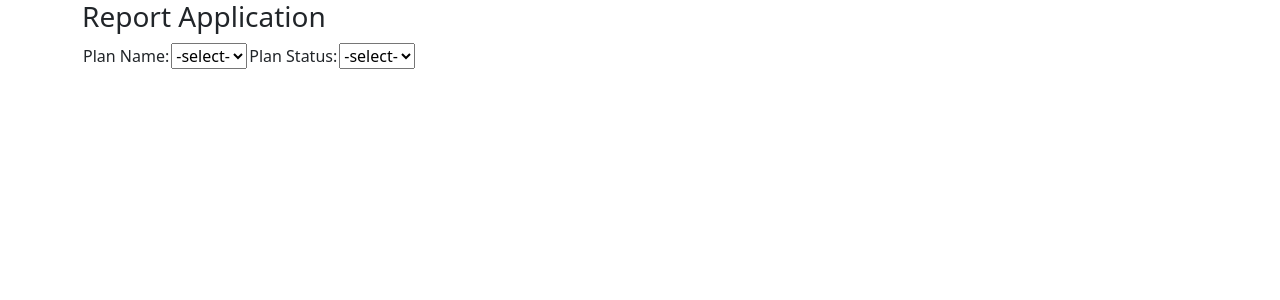
Repository: dubeygaurav52/SpringBoot_Microservices_Concepts
Page: http://localhost/01_Report_App/pages/index.jsp
These files come from the project's save history. The page is drawn as it stood at one moment and after the next save; the edit follows.
The browser window is 1280 px wide. The pictures show the whole page.
The page is served by Tomcat 9. Other server files are loaded and not shown.

Above is the page before, as saved 2025-05-01 14:20:20.

### 01_Report_App/src/main/webapp/pages/index.jsp
<%@ page language="java" contentType="text/html; charset=UTF-8"
    pageEncoding="UTF-8"%>
<!DOCTYPE html>

<%@ taglib uri="http://www.springframework.org/tags" prefix="form" %>

<html>
<head>
 <meta charset="utf-8">
    <meta name="viewport" content="width=device-width, initial-scale=1">
    <title>Reports App</title>
    <link href="https://cdn.jsdelivr.net/npm/bootstrap@5.3.5/dist/css/bootstrap.min.css" rel="stylesheet" integrity="sha384-SgOJa3DmI69IUzQ2PVdRZhwQ+dy64/BUtbMJw1MZ8t5HZApcHrRKUc4W0kG879m7" crossorigin="anonymous">
</head>
<body>
<div class="container">
<h3>Report Application</h3>
<!-- <button class="btn btn-primary">Submit</button> -->

<form action="" modelAttribute="search" method="POST">

<table>
<tr>
<td>Plan Name:</td>
<td>
<select path="planName">
<option value="">-select-</option>
</select>
</td>
<td>Plan Status:</td>
<td>
<select path="planStatus">
<option value="">-select-</option>
</select>
</td>
</tr>
</table>

</form>

</div>



<script src="https://cdn.jsdelivr.net/npm/bootstrap@5.3.5/dist/js/bootstrap.bundle.min.js"
integrity="sha384-k6d4wzSIapyDyv1kpU366/PK5hCdSbCRGRCMv+eplOQJWyd1fbcAu9OCUj5zNLiq"
 crossorigin="anonymous"></script>

</body>
</html>

After the next save:
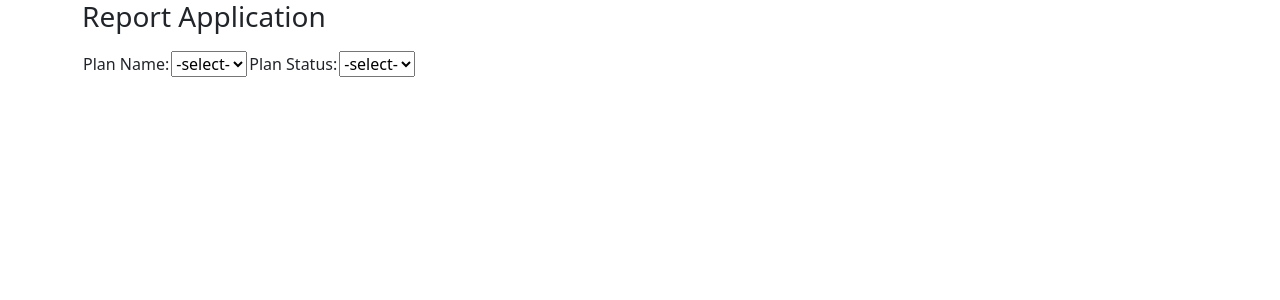
Saved 53 s later.
--- a/01_Report_App/src/main/webapp/pages/index.jsp
+++ b/01_Report_App/src/main/webapp/pages/index.jsp
@@ -13,7 +13,7 @@
 </head>
 <body>
 <div class="container">
-<h3>Report Application</h3>
+<h3 class="mb-3">Report Application</h3>
 <!-- <button class="btn btn-primary">Submit</button> -->
 
 <form action="" modelAttribute="search" method="POST">
